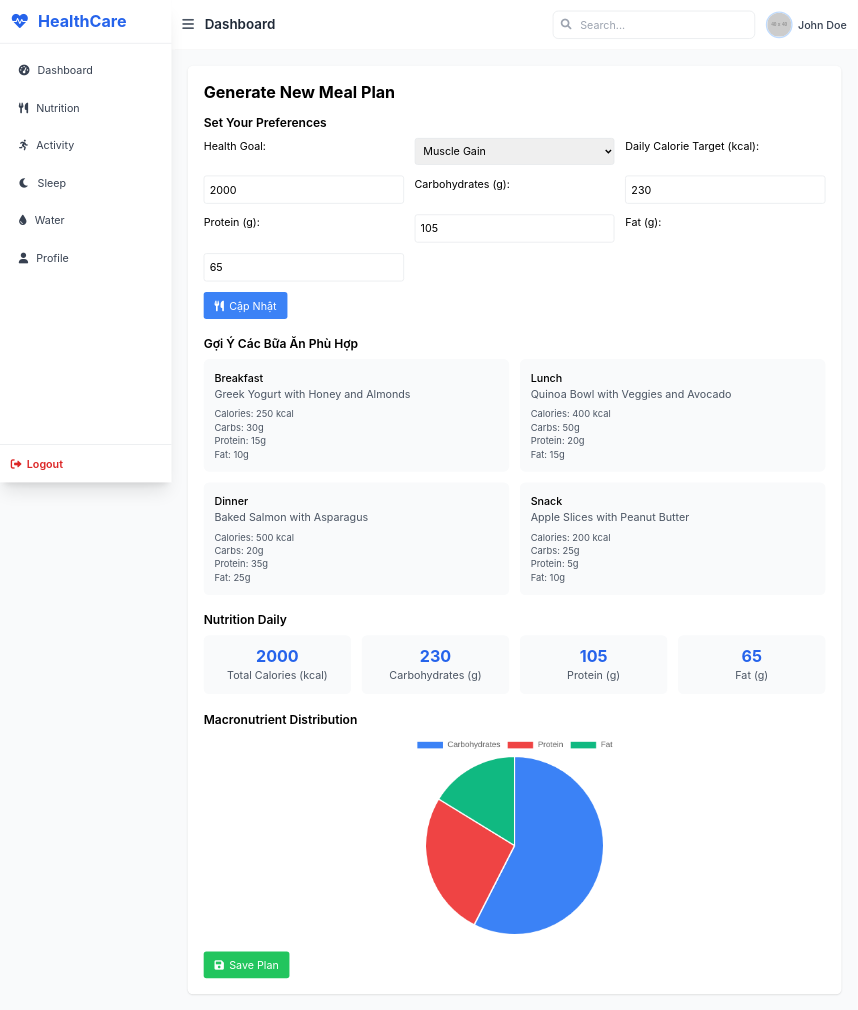
Repository: Khank2104/Khank
Page: http://localhost/generate_meal_plan/
The author's editor kept a copy of each file at every save. The page is drawn from the files as they stood at one save, then again after the next save.
The browser window is 1280 px wide. The pictures show the whole page, at 67% of full size.
Some web libraries are served in a nearby version. The page is served by the project's application, run on Django 5.2 (manage.py). The first stored user is signed in. The page reads the database file committed with the project.

Above is the page before, as saved 2025-05-17 10:42:36.

After the next save:
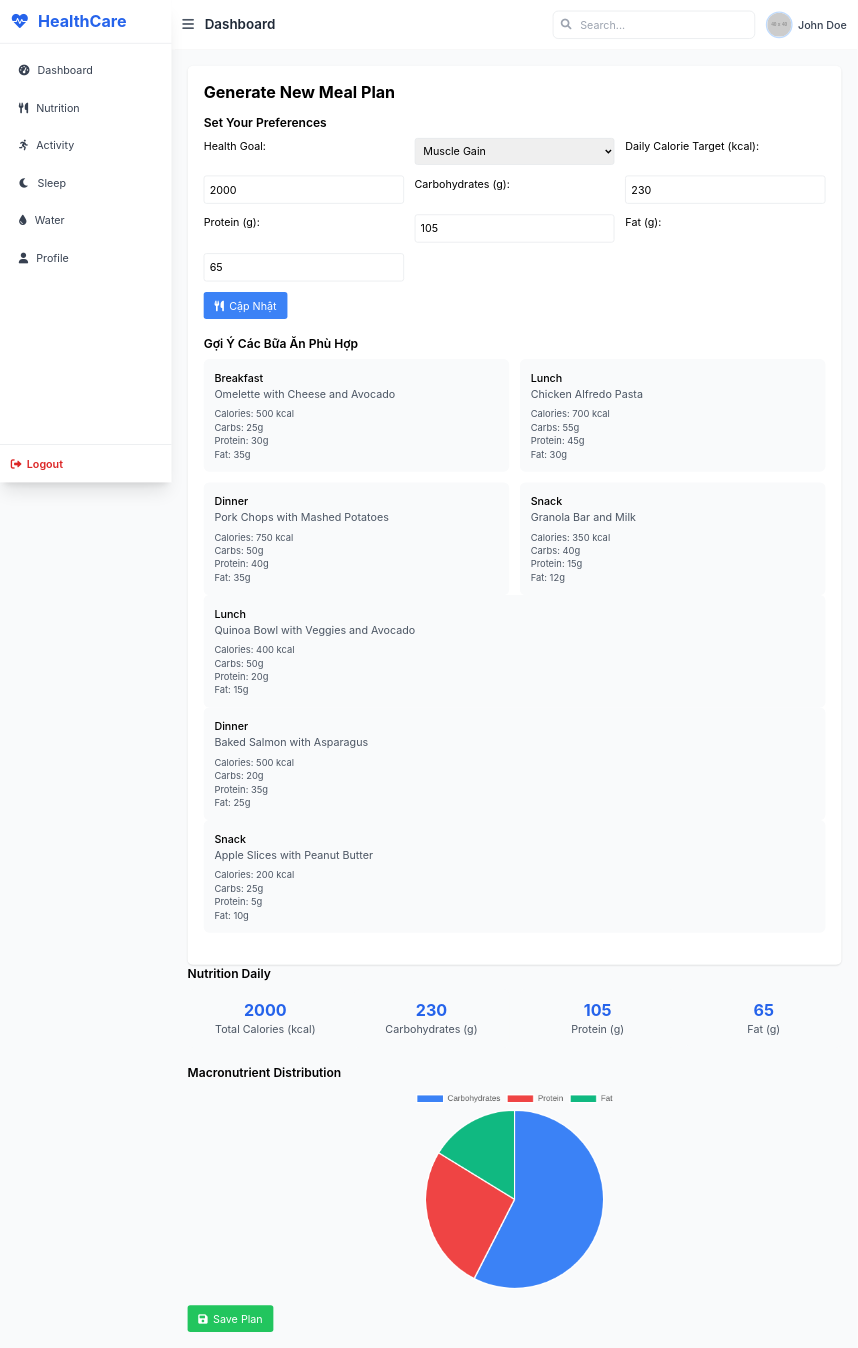
Saved 29 s later.
--- a/main/templates/main/generate_meal_plan.html
+++ b/main/templates/main/generate_meal_plan.html
@@ -38,16 +38,20 @@
     <div class="mb-6">
         <h3 class="text-lg font-semibold mb-2">Gợi Ý Các Bữa Ăn Phù Hợp</h3>
         <div class="grid grid-cols-1 md:grid-cols-2 gap-4">
+            {% for meal in suggested_meals %}
             <div class="bg-gray-50 p-4 rounded-lg">
-                <h4 class="font-medium">Breakfast</h4>
-                <p class="text-gray-600">Greek Yogurt with Honey and Almonds</p>
+                <h4 class="font-medium capitalize">{{ meal.meal_type }}</h4>
+                <p class="text-gray-600">{{ meal.meal_name }}</p>
                 <ul class="text-gray-600 text-sm mt-2">
-                    <li>Calories: 250 kcal</li>
-                    <li>Carbs: 30g</li>
-                    <li>Protein: 15g</li>
-                    <li>Fat: 10g</li>
+                    <li>Calories: {{ meal.calories }} kcal</li>
+                    <li>Carbs: {{ meal.carbs }}g</li>
+                    <li>Protein: {{ meal.protein }}g</li>
+                    <li>Fat: {{ meal.fat }}g</li>
                 </ul>
             </div>
+            {% endfor %}
+        </div>
+
             <div class="bg-gray-50 p-4 rounded-lg">
                 <h4 class="font-medium">Lunch</h4>
                 <p class="text-gray-600">Quinoa Bowl with Veggies and Avocado</p>

After the save that followed:
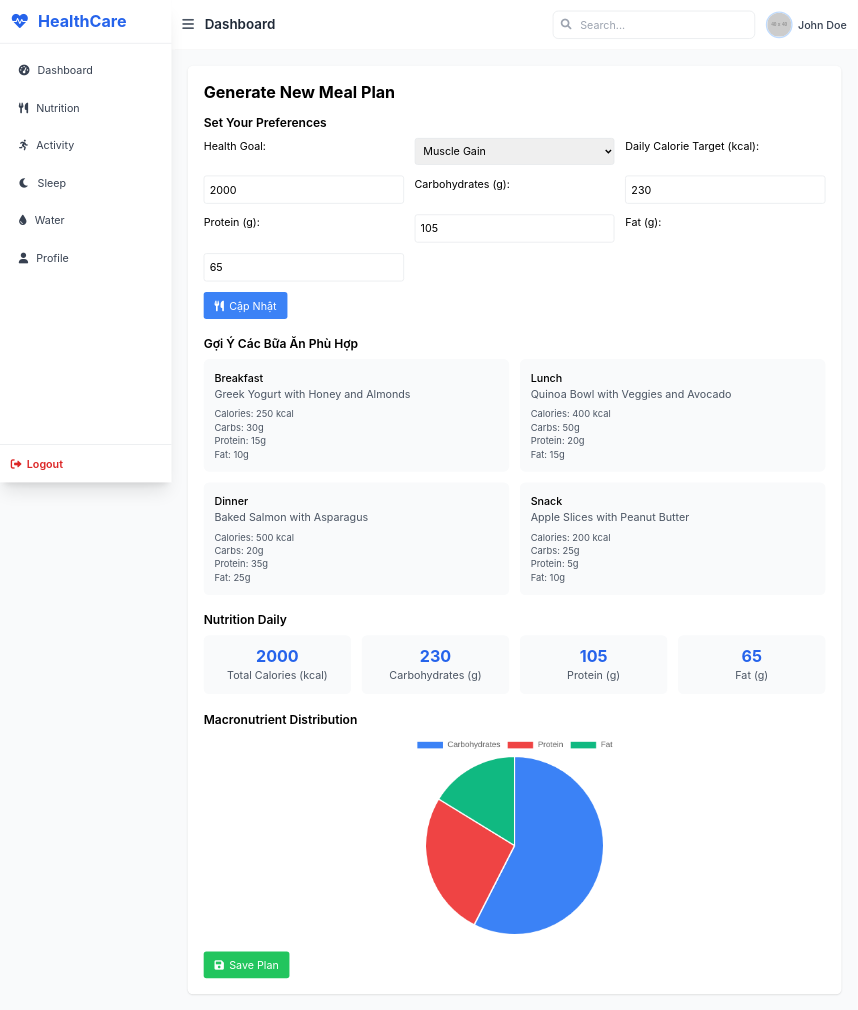
Saved 2 min 53 s later.
--- a/main/templates/main/generate_meal_plan.html
+++ b/main/templates/main/generate_meal_plan.html
@@ -38,20 +38,16 @@
     <div class="mb-6">
         <h3 class="text-lg font-semibold mb-2">Gợi Ý Các Bữa Ăn Phù Hợp</h3>
         <div class="grid grid-cols-1 md:grid-cols-2 gap-4">
-            {% for meal in suggested_meals %}
             <div class="bg-gray-50 p-4 rounded-lg">
-                <h4 class="font-medium capitalize">{{ meal.meal_type }}</h4>
-                <p class="text-gray-600">{{ meal.meal_name }}</p>
+                <h4 class="font-medium">Breakfast</h4>
+                <p class="text-gray-600">Greek Yogurt with Honey and Almonds</p>
                 <ul class="text-gray-600 text-sm mt-2">
-                    <li>Calories: {{ meal.calories }} kcal</li>
-                    <li>Carbs: {{ meal.carbs }}g</li>
-                    <li>Protein: {{ meal.protein }}g</li>
-                    <li>Fat: {{ meal.fat }}g</li>
+                    <li>Calories: 250 kcal</li>
+                    <li>Carbs: 30g</li>
+                    <li>Protein: 15g</li>
+                    <li>Fat: 10g</li>
                 </ul>
             </div>
-            {% endfor %}
-        </div>
-
             <div class="bg-gray-50 p-4 rounded-lg">
                 <h4 class="font-medium">Lunch</h4>
                 <p class="text-gray-600">Quinoa Bowl with Veggies and Avocado</p>
